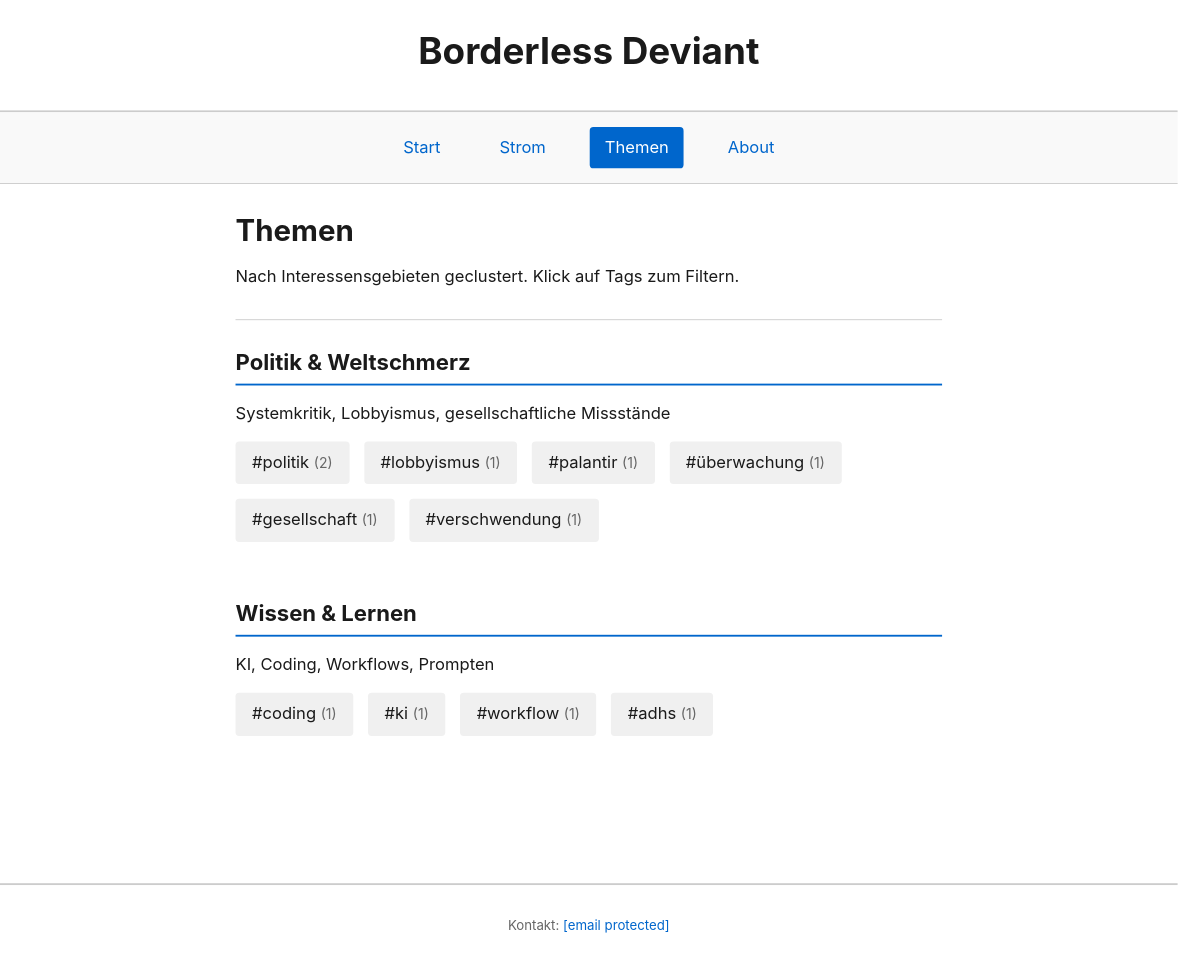
Repository: dev-without-borders/borderless-deviant
Page: themen.html
An editor plug-in stored every save of this project. The page is shown before and after the next save, followed by the edit.
The browser window is 1280 px wide. The pictures show the whole page, at 92% of full size.

Above is the page before, as saved 2025-11-24 20:00:44.

### themen.html
<!DOCTYPE html>
<html lang="de">
<head>
    <meta charset="UTF-8">
    <meta name="viewport" content="width=device-width, initial-scale=1.0">
    <title>Themen - Borderless Deviant</title>
    <link rel="stylesheet" href="css/base.css">
    <link rel="stylesheet" href="css/layout.css">
</head>
<body>
    <header class="site-header">
        <h1><a href="index.html">Borderless Deviant</a></h1>
    </header>

    <nav class="main-nav">
        <a href="index.html">Start</a>
        <a href="strom.html">Strom</a>
        <a href="themen.html" class="active">Themen</a>
        <a href="about.html">About</a>
    </nav>

    <main class="container">
        <section class="page-header">
            <h2>Themen</h2>
            <p>Nach Interessensgebieten geclustert. Klick auf Tags zum Filtern.</p>
        </section>

        <div class="theme-clusters" id="theme-clusters">
            <!-- Wird von JavaScript gefüllt -->
        </div>
    </main>

    <footer class="site-footer">
        <p>Kontakt: <a href="mailto:[email protected]">[email protected]</a></p>
    </footer>

    <script src="js/posts.js"></script>
    <script src="js/hashtags.js"></script>
    <script>
        loadThemeClusters('theme-clusters');
    </script>
</body>
</html>

### css/base.css
/* ========================================
   RESET & BASICS
   ======================================== */

* {
    margin: 0;
    padding: 0;
    box-sizing: border-box;
}

:root {
    /* Farben - Platzhalter, später anpassen */
    --color-bg: #ffffff;
    --color-text: #1a1a1a;
    --color-accent: #0066cc;
    --color-muted: #666666;
    --color-border: #cccccc;

    /* Spacing */
    --space-xs: 0.5rem;
    --space-sm: 1rem;
    --space-md: 2rem;
    --space-lg: 4rem;

    /* Typography */
    --font-body: -apple-system, BlinkMacSystemFont, "Segoe UI", Roboto, sans-serif;
    --font-mono: "Courier New", Courier, monospace;

    --font-size-base: 18px;
    --line-height: 1.6;
}

body {
    font-family: var(--font-body);
    font-size: var(--font-size-base);
    line-height: var(--line-height);
    color: var(--color-text);
    background: var(--color-bg);
}

/* ========================================
   TYPOGRAPHY
   ======================================== */

h1, h2, h3, h4, h5, h6 {
    line-height: 1.2;
    margin-bottom: var(--space-sm);
}

h1 { font-size: 2.5rem; }
h2 { font-size: 2rem; }
h3 { font-size: 1.5rem; }

p {
    margin-bottom: var(--space-sm);
}

a {
    color: var(--color-accent);
    text-decoration: none;
}

a:hover {
    text-decoration: underline;
}

ul, ol {
    margin-left: var(--space-md);
    margin-bottom: var(--space-sm);
}

code {
    font-family: var(--font-mono);
    background: #f4f4f4;
    padding: 0.2em 0.4em;
    border-radius: 3px;
}

/* ========================================
   HEADER & FOOTER
   ======================================== */

.site-header {
    padding: var(--space-md) var(--space-sm);
    border-bottom: 2px solid var(--color-border);
    text-align: center;
}

.site-header h1 {
    margin-bottom: var(--space-xs);
}

.site-header h1 a {
    color: var(--color-text);
}

.tagline {
    color: var(--color-muted);
    font-size: 0.9rem;
}

.site-footer {
    margin-top: var(--space-lg);
    padding: var(--space-md) var(--space-sm);
    border-top: 2px solid var(--color-border);
    text-align: center;
    color: var(--color-muted);
    font-size: 0.9rem;
}

/* ========================================
   NAVIGATION
   ======================================== */

.main-nav {
    display: flex;
    justify-content: center;
    gap: var(--space-md);
    padding: var(--space-sm);
    background: #f9f9f9;
    border-bottom: 1px solid var(--color-border);
}

.main-nav a {
    padding: var(--space-xs) var(--space-sm);
    border-radius: 4px;
    transition: background 0.2s;
}

.main-nav a:hover {
    background: #e9e9e9;
    text-decoration: none;
}

.main-nav a.active {
    background: var(--color-accent);
    color: white;
}

/* ========================================
   LAYOUT CONTAINERS
   ======================================== */

.container {
    max-width: 800px;
    margin: 0 auto;
    padding: var(--space-md) var(--space-sm);
}

.page-header {
    margin-bottom: var(--space-md);
    padding-bottom: var(--space-sm);
    border-bottom: 1px solid var(--color-border);
}

/* ========================================
   RESPONSIVE
   ======================================== */

@media (max-width: 768px) {
    :root {
        --font-size-base: 16px;
    }

    .main-nav {
        flex-wrap: wrap;
        gap: var(--space-sm);
    }

    h1 { font-size: 2rem; }
    h2 { font-size: 1.5rem; }
}

### css/layout.css
/* ========================================
   INTRO SECTION (Index)
   ======================================== */

.intro {
    margin-bottom: var(--space-lg);
}

/* ========================================
   QUICK LINKS (Index)
   ======================================== */

.quick-links {
    display: grid;
    grid-template-columns: repeat(auto-fit, minmax(200px, 1fr));
    gap: var(--space-md);
    margin-top: var(--space-lg);
}

.link-box {
    padding: var(--space-md);
    border: 2px solid var(--color-border);
    border-radius: 8px;
    transition: transform 0.2s, border-color 0.2s;
}

.link-box:hover {
    transform: translateY(-2px);
    border-color: var(--color-accent);
}

.link-box h3 {
    color: var(--color-accent);
    margin-bottom: var(--space-xs);
}

/* ========================================
   POST PREVIEW CARD
   ======================================== */

.post-card {
    margin-bottom: var(--space-md);
    padding: var(--space-md);
    border: 1px solid var(--color-border);
    border-radius: 4px;
    transition: box-shadow 0.2s;
}

.post-card:hover {
    box-shadow: 0 2px 8px rgba(0,0,0,0.1);
}

.post-card h3 {
    margin-bottom: var(--space-xs);
}

.post-card h3 a {
    color: var(--color-text);
}

.post-card h3 a:hover {
    color: var(--color-accent);
}

.post-meta {
    font-size: 0.85rem;
    color: var(--color-muted);
    margin-bottom: var(--space-sm);
}

.post-excerpt {
    margin-bottom: var(--space-sm);
}

.post-tags {
    display: flex;
    flex-wrap: wrap;
    gap: var(--space-xs);
}

.tag {
    display: inline-block;
    padding: 0.2em 0.6em;
    background: #f0f0f0;
    border-radius: 3px;
    font-size: 0.85rem;
    color: var(--color-muted);
    cursor: pointer;
    transition: background 0.2s;
}

.tag:hover {
    background: var(--color-accent);
    color: white;
}

/* ========================================
   FILTER BAR (Strom)
   ======================================== */

.filter-bar {
    margin-bottom: var(--space-md);
    padding: var(--space-sm);
    background: #f9f9f9;
    border-radius: 4px;
    display: flex;
    align-items: center;
    gap: var(--space-sm);
}

.filter-bar select {
    padding: 0.5em 1em;
    border: 1px solid var(--color-border);
    border-radius: 4px;
    font-family: var(--font-body);
    font-size: 1rem;
}

/* ========================================
   THEME CLUSTERS (Themen)
   ======================================== */

.theme-cluster {
    margin-bottom: var(--space-lg);
}

.theme-cluster h3 {
    margin-bottom: var(--space-sm);
    padding-bottom: var(--space-xs);
    border-bottom: 2px solid var(--color-accent);
}

.cluster-tags {
    display: flex;
    flex-wrap: wrap;
    gap: var(--space-sm);
    margin-bottom: var(--space-sm);
}

.cluster-tag {
    padding: 0.5em 1em;
    background: #f0f0f0;
    border-radius: 4px;
    cursor: pointer;
    transition: all 0.2s;
}

.cluster-tag:hover {
    background: var(--color-accent);
    color: white;
    transform: translateY(-2px);
}

.cluster-tag .count {
    font-size: 0.85em;
    color: var(--color-muted);
}

.cluster-tag:hover .count {
    color: rgba(255,255,255,0.8);
}

/* ========================================
   POST ARTICLE (Einzelartikel)
   ======================================== */

.post-article {
    max-width: 700px;
    margin: 0 auto;
}

.post-header {
    margin-bottom: var(--space-md);
}

.post-header h1 {
    margin-bottom: var(--space-xs);
}

.post-content {
    margin-bottom: var(--space-lg);
}

.post-content h2 {
    margin-top: var(--space-md);
    margin-bottom: var(--space-sm);
}

.post-content h3 {
    margin-top: var(--space-sm);
}

.post-footer {
    margin-top: var(--space-lg);
    padding-top: var(--space-md);
    border-top: 1px solid var(--color-border);
}

/* ========================================
   ABOUT PAGE
   ======================================== */

.about-content section {
    margin-bottom: var(--space-lg);
}

### js/posts.js
// ========================================
// POSTS LADEN & VERWALTEN
// ========================================

let postsData = null;

// Posts.json laden
async function loadPostsData() {
    if (postsData) return postsData;

    try {
        const response = await fetch('api/posts.json');
        postsData = await response.json();
        return postsData;
    } catch (error) {
        console.error('Fehler beim Laden der Posts:', error);
        return { posts: [], themes: {} };
    }
}

// Neueste Posts anzeigen (für index.html)
async function loadRecentPosts(count, containerId) {
    const data = await loadPostsData();
    const container = document.getElementById(containerId);

    if (!container) return;

    // Sortiere nach Datum (neueste zuerst)
    const recentPosts = data.posts
        .sort((a, b) => new Date(b.date) - new Date(a.date))
        .slice(0, count);

    if (recentPosts.length === 0) {
        container.innerHTML = '<p>Noch keine Posts vorhanden.</p>';
        return;
    }

    container.innerHTML = recentPosts.map(post => createPostCard(post)).join('');
}

// Alle Posts anzeigen (für strom.html)
async function loadAllPosts(containerId) {
    const data = await loadPostsData();
    const container = document.getElementById(containerId);

    if (!container) return;

    const sortedPosts = data.posts.sort((a, b) => new Date(b.date) - new Date(a.date));

    if (sortedPosts.length === 0) {
        container.innerHTML = '<p>Noch keine Posts vorhanden.</p>';
        return;
    }

    container.innerHTML = sortedPosts.map(post => createPostCard(post)).join('');
}

// Post-Card HTML generieren
function createPostCard(post) {
    const dateFormatted = new Date(post.date).toLocaleDateString('de-DE', {
        year: 'numeric',
        month: 'long',
        day: 'numeric'
    });

    const tagsHtml = post.tags
        .map(tag => `<span class="tag" data-tag="${tag}">${tag}</span>`)
        .join('');

    return `
        <article class="post-card">
            <h3><a href="${post.file}">${post.title}</a></h3>
            <div class="post-meta">
                <time datetime="${post.date}">${dateFormatted}</time>
            </div>
            <p class="post-excerpt">${post.excerpt}</p>
            <div class="post-tags">${tagsHtml}</div>
        </article>
    `;
}

// Datum formatieren
function formatDate(dateString) {
    return new Date(dateString).toLocaleDateString('de-DE', {
        year: 'numeric',
        month: 'long',
        day: 'numeric'
    });
}

### js/hashtags.js
// ========================================
// HASHTAG FILTERING & CLUSTERING
// ========================================

// Tag-Filter Dropdown füllen
async function populateTagFilter(selectId) {
    const data = await loadPostsData();
    const select = document.getElementById(selectId);

    if (!select) return;

    // Alle Tags sammeln
    const allTags = new Set();
    data.posts.forEach(post => {
        post.tags.forEach(tag => allTags.add(tag));
    });

    // Sortieren und Options erstellen
    const sortedTags = Array.from(allTags).sort();

    sortedTags.forEach(tag => {
        const option = document.createElement('option');
        option.value = tag;
        option.textContent = tag;
        select.appendChild(option);
    });
}

// Posts nach Tag filtern
async function filterPostsByTag(tag, containerId) {
    const data = await loadPostsData();
    const container = document.getElementById(containerId);

    if (!container) return;

    let filteredPosts = data.posts;

    // Filtern wenn Tag ausgewählt
    if (tag) {
        filteredPosts = data.posts.filter(post => post.tags.includes(tag));
    }

    // Sortieren nach Datum
    filteredPosts.sort((a, b) => new Date(b.date) - new Date(a.date));

    if (filteredPosts.length === 0) {
        container.innerHTML = `<p>Keine Posts mit Tag "${tag}" gefunden.</p>`;
        return;
    }

    container.innerHTML = filteredPosts.map(post => createPostCard(post)).join('');
}

// Theme-Cluster anzeigen (für themen.html)
async function loadThemeClusters(containerId) {
    const data = await loadPostsData();
    const container = document.getElementById(containerId);

    if (!container) return;

    // Posts nach Theme gruppieren
    const postsByTheme = {};

    data.posts.forEach(post => {
        if (!postsByTheme[post.theme]) {
            postsByTheme[post.theme] = [];
        }
        postsByTheme[post.theme].push(post);
    });

    // HTML für jeden Theme-Cluster generieren
    let html = '';

    for (const [themeKey, posts] of Object.entries(postsByTheme)) {
        const themeInfo = data.themes[themeKey] || { name: themeKey, description: '' };

        // Tags innerhalb des Themes zählen
        const tagCounts = {};
        posts.forEach(post => {
            post.tags.forEach(tag => {
                tagCounts[tag] = (tagCounts[tag] || 0) + 1;
            });
        });

        // Tags nach Häufigkeit sortieren
        const sortedTags = Object.entries(tagCounts)
            .sort((a, b) => b[1] - a[1]);

        const tagsHtml = sortedTags
            .map(([tag, count]) => `
                <div class="cluster-tag" data-tag="${tag}">
                    ${tag} <span class="count">(${count})</span>
                </div>
            `)
            .join('');

        html += `
            <section class="theme-cluster">
                <h3>${themeInfo.name}</h3>
                <p>${themeInfo.description}</p>
                <div class="cluster-tags">${tagsHtml}</div>
            </section>
        `;
    }

    container.innerHTML = html;

    // Click-Events für Tags
    container.querySelectorAll('.cluster-tag').forEach(tagEl => {
        tagEl.addEventListener('click', () => {
            const tag = tagEl.dataset.tag;
            window.location.href = `strom.html?tag=${encodeURIComponent(tag)}`;
        });
    });
}

// URL-Parameter auslesen (für Deep-Links zu Tags)
function getUrlParameter(name) {
    const params = new URLSearchParams(window.location.search);
    return params.get(name);
}

// Auto-Filter wenn Tag in URL (für strom.html)
window.addEventListener('DOMContentLoaded', () => {
    const tag = getUrlParameter('tag');
    if (tag && document.getElementById('tag-filter')) {
        document.getElementById('tag-filter').value = tag;
        filterPostsByTag(tag, 'posts-list');
    }
});

### api/posts.json
{
  "posts": [
    {
      "id": "beispiel-2024-01",
      "title": "Palantir und die Privatisierung der Überwachung",
      "date": "2024-01-15",
      "file": "posts/2024-01-beispiel.html",
      "tags": ["#politik", "#lobbyismus", "#palantir", "#überwachung"],
      "theme": "politik",
      "excerpt": "Wie ein Silicon-Valley-Unternehmen zum zentralen Player staatlicher Überwachungsinfrastruktur wurde – und warum das ein Problem ist."
    },
    {
      "id": "vibe-coding-intro",
      "title": "Vibe Coding: Programmieren nach Gefühl",
      "date": "2024-01-10",
      "file": "posts/2024-01-vibe-coding.html",
      "tags": ["#coding", "#ki", "#workflow", "#adhs"],
      "theme": "wissen",
      "excerpt": "Warum strukturiertes Planen manchmal der Feind von Flow ist – und wie KI dabei hilft, intuitiv zu coden."
    },
    {
      "id": "containern-deutschland",
      "title": "Containern in Deutschland: Illegal aus Prinzip",
      "date": "2024-01-05",
      "file": "posts/2024-01-containern.html",
      "tags": ["#politik", "#gesellschaft", "#verschwendung"],
      "theme": "politik",
      "excerpt": "Über die absurde Rechtslage beim Retten von Lebensmitteln aus dem Müll."
    }
  ],
  "themes": {
    "politik": {
      "name": "Politik & Weltschmerz",
      "description": "Systemkritik, Lobbyismus, gesellschaftliche Missstände"
    },
    "wissen": {
      "name": "Wissen & Lernen",
      "description": "KI, Coding, Workflows, Prompten"
    },
    "kultur": {
      "name": "Unterhaltung & Kultur",
      "description": "Games, Retro-Tech, geile Sachen mit KI"
    },
    "philosophie": {
      "name": "Düt & Dat",
      "description": "Existenzielles, Baustellen, Arbeitsmoral"
    }
  }
}

Loaded but not shown: js/x-site-tags.js (no stored copy; drawn as an empty file)

After the next save:
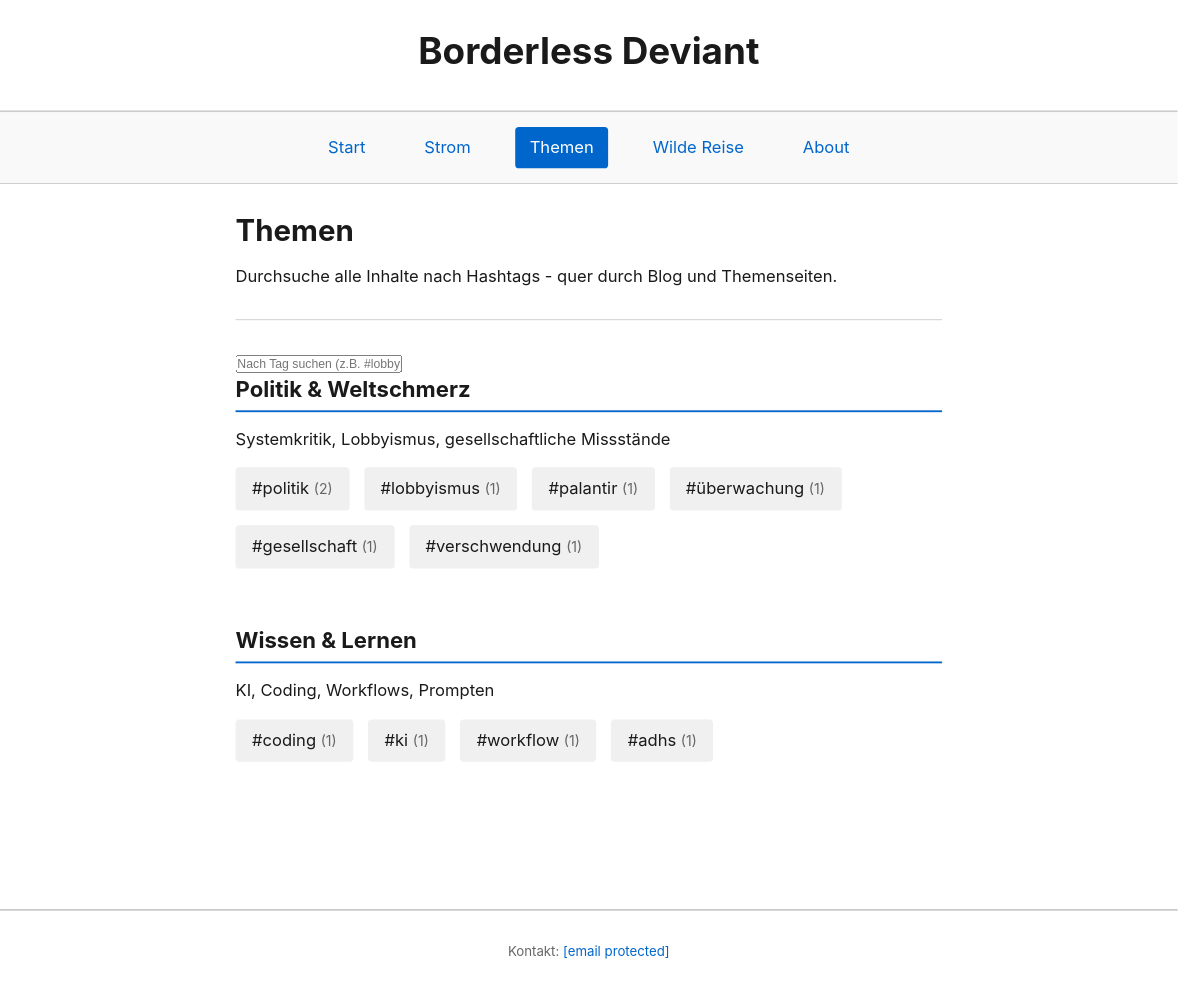
Saved 9 s later.
--- a/themen.html
+++ b/themen.html
@@ -16,17 +16,32 @@
         <a href="index.html">Start</a>
         <a href="strom.html">Strom</a>
         <a href="themen.html" class="active">Themen</a>
+        <a href="wilde-reise.html">Wilde Reise</a>
         <a href="about.html">About</a>
     </nav>
 
     <main class="container">
         <section class="page-header">
             <h2>Themen</h2>
-            <p>Nach Interessensgebieten geclustert. Klick auf Tags zum Filtern.</p>
+            <p>Durchsuche alle Inhalte nach Hashtags - quer durch Blog und Themenseiten.</p>
         </section>
 
-        <div class="theme-clusters" id="theme-clusters">
-            <!-- Wird von JavaScript gefüllt -->
+        <div class="tag-search-bar">
+            <input
+                type="text"
+                id="tag-search"
+                placeholder="Nach Tag suchen (z.B. #lobbyismus)..."
+                autocomplete="off"
+            >
+            <div id="tag-suggestions"></div>
+        </div>
+
+        <div id="tag-results">
+            <!-- Wird gefüllt bei Tag-Auswahl -->
+        </div>
+
+        <div id="all-tags-overview" class="theme-clusters">
+            <!-- Zeigt alle verfügbaren Tags wenn kein Filter aktiv -->
         </div>
     </main>
 
@@ -36,8 +51,32 @@
 
     <script src="js/posts.js"></script>
     <script src="js/hashtags.js"></script>
+    <script src="js/x-site-tags.js"></script>
     <script>
-        loadThemeClusters('theme-clusters');
+        const urlTag = getUrlParameter('tag');
+
+        if (urlTag) {
+            document.getElementById('tag-search').value = urlTag;
+            document.getElementById('all-tags-overview').style.display = 'none';
+            showTagResults(urlTag, 'tag-results');
+        } else {
+            loadThemeClusters('all-tags-overview');
+        }
+
+        document.getElementById('tag-search').addEventListener('input', async (e) => {
+            const query = e.target.value.trim();
+
+            if (query.length === 0) {
+                document.getElementById('tag-results').innerHTML = '';
+                document.getElementById('all-tags-overview').style.display = 'block';
+                return;
+            }
+
+            if (query.startsWith('#')) {
+                document.getElementById('all-tags-overview').style.display = 'none';
+                showTagResults(query, 'tag-results');
+            }
+        });
     </script>
 </body>
 </html>
